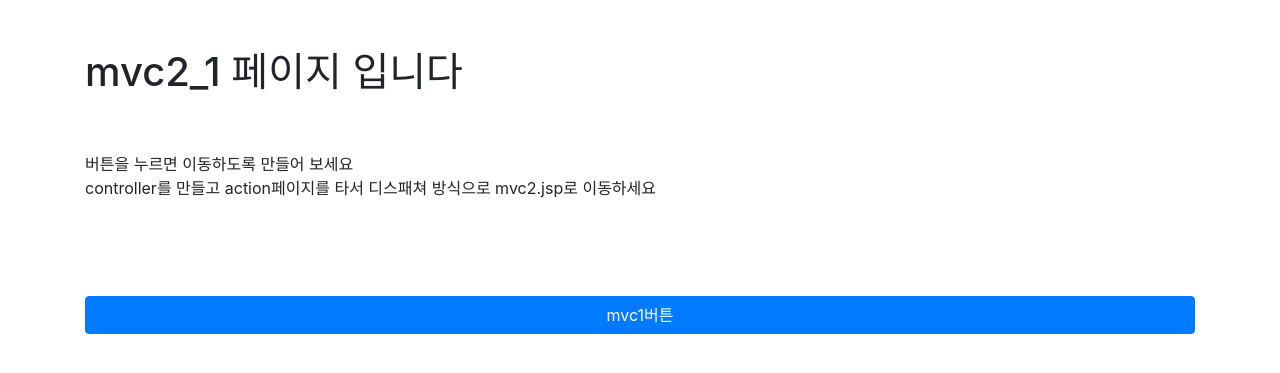
Repository: jaybon1/clone1
Page: http://localhost/sat0613/mvc02_1.jsp
An editor plug-in stored every save of this project. The page is shown before and after the next save, followed by the edit.
The browser window is 1280 px wide. The pictures show the whole page.
The page is served by Tomcat 9.

Above is the page before, as saved 2020-06-10 16:05:02.

### sat0613/WebContent/mvc02_1.jsp
<%@ page language="java" contentType="text/html; charset=UTF-8" pageEncoding="UTF-8"%>
<!DOCTYPE html>
<html>
<head>
<meta charset="UTF-8">
<link rel="stylesheet" href="https://maxcdn.bootstrapcdn.com/bootstrap/4.5.0/css/bootstrap.min.css">
<script src="https://ajax.googleapis.com/ajax/libs/jquery/3.5.1/jquery.min.js"></script>
<script src="https://cdnjs.cloudflare.com/ajax/libs/popper.js/1.16.0/umd/popper.min.js"></script>
<script src="https://maxcdn.bootstrapcdn.com/bootstrap/4.5.0/js/bootstrap.min.js"></script>
<title>Insert title here</title>
</head>
<body>
	<div class="container">
		<br/>
		<br/>
		<h1>mvc2_1 페이지 입니다</h1>
		<br/>
		<br/>
		<div> 버튼을 누르면 이동하도록 만들어 보세요</div>
		<div> controller를 만들고 action페이지를 타서 디스패쳐 방식으로 mvc2.jsp로 이동하세요</div>
		<br/>
		<br/>
		<br/>
		<br/>


		<form action="">
			<button type="button" class="btn btn-primary btn-block">mvc1버튼</button>
		</form>


	</div>
</body>
</html>

After the next save:
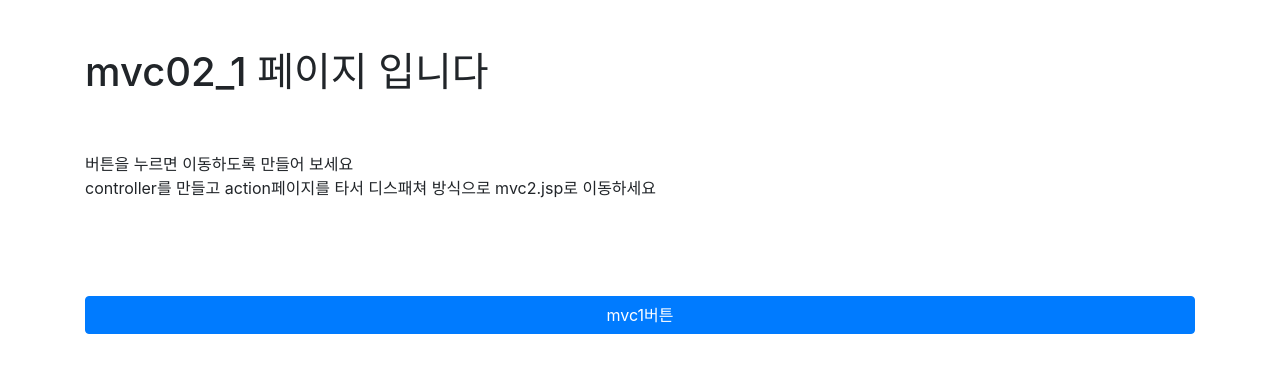
Saved 5 s later.
--- a/sat0613/WebContent/mvc02_1.jsp
+++ b/sat0613/WebContent/mvc02_1.jsp
@@ -13,7 +13,7 @@
 	<div class="container">
 		<br/>
 		<br/>
-		<h1>mvc2_1 페이지 입니다</h1>
+		<h1>mvc02_1 페이지 입니다</h1>
 		<br/>
 		<br/>
 		<div> 버튼을 누르면 이동하도록 만들어 보세요</div>
